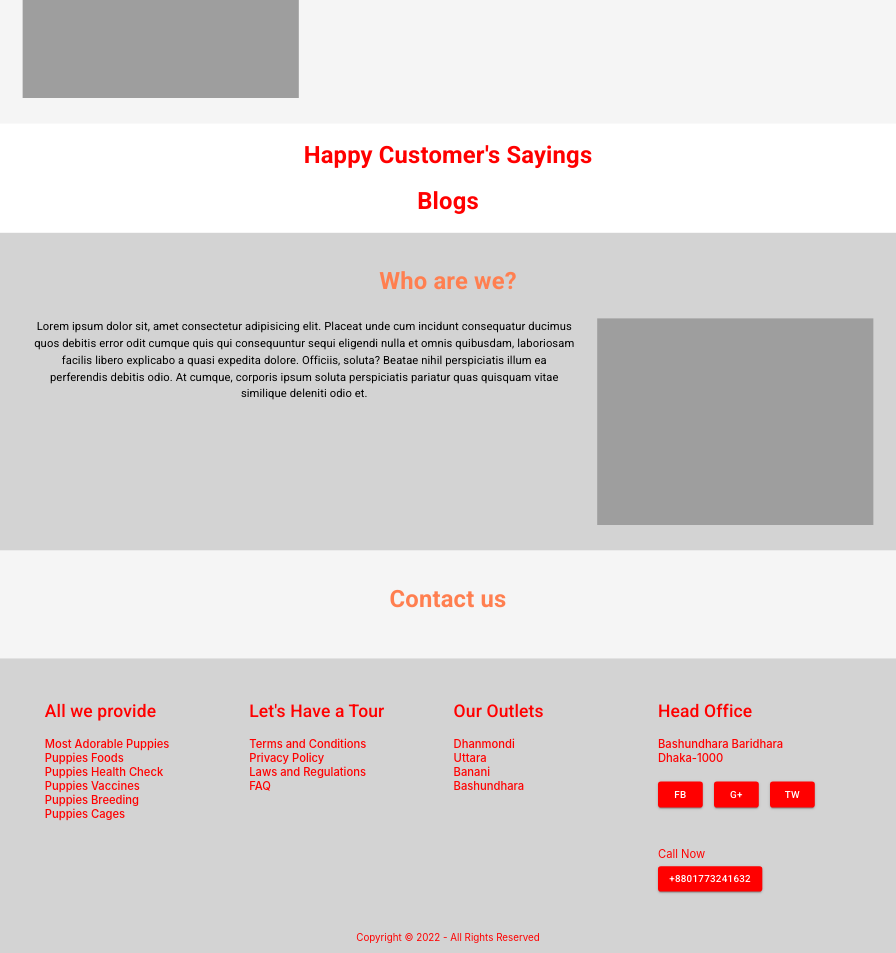
Repository: Sharif-00112/dogos-paradise-client
Page: /
The author's editor kept a copy of each file at every save. The page is drawn from the files as they stood at one save, then again after the next save.
The browser window is 1280 px wide. The pictures show the part of the page from y = 1442 to 3362 px (the page is 2804 px tall before and 3362 px after), at 70% of full size.
Pictures or frames that could not be fetched are drawn as grey boxes. The page's requests for data from a server got no answer. The project was rebuilt for these pictures with package versions that can differ from the ones it lists, and the page was loaded fresh each time. No one was signed in, and anything a server would have sent is missing. Also part of the build but not shown: src/Pages/Home/Dog/Dog.js, src/Pages/Login/Login/Login.js, src/Pages/Login/Register/Register.js, src/Pages/NotFound/NotFound.js.

Above is the page before, as saved 2022-12-05 22:41:43.

After the next save:
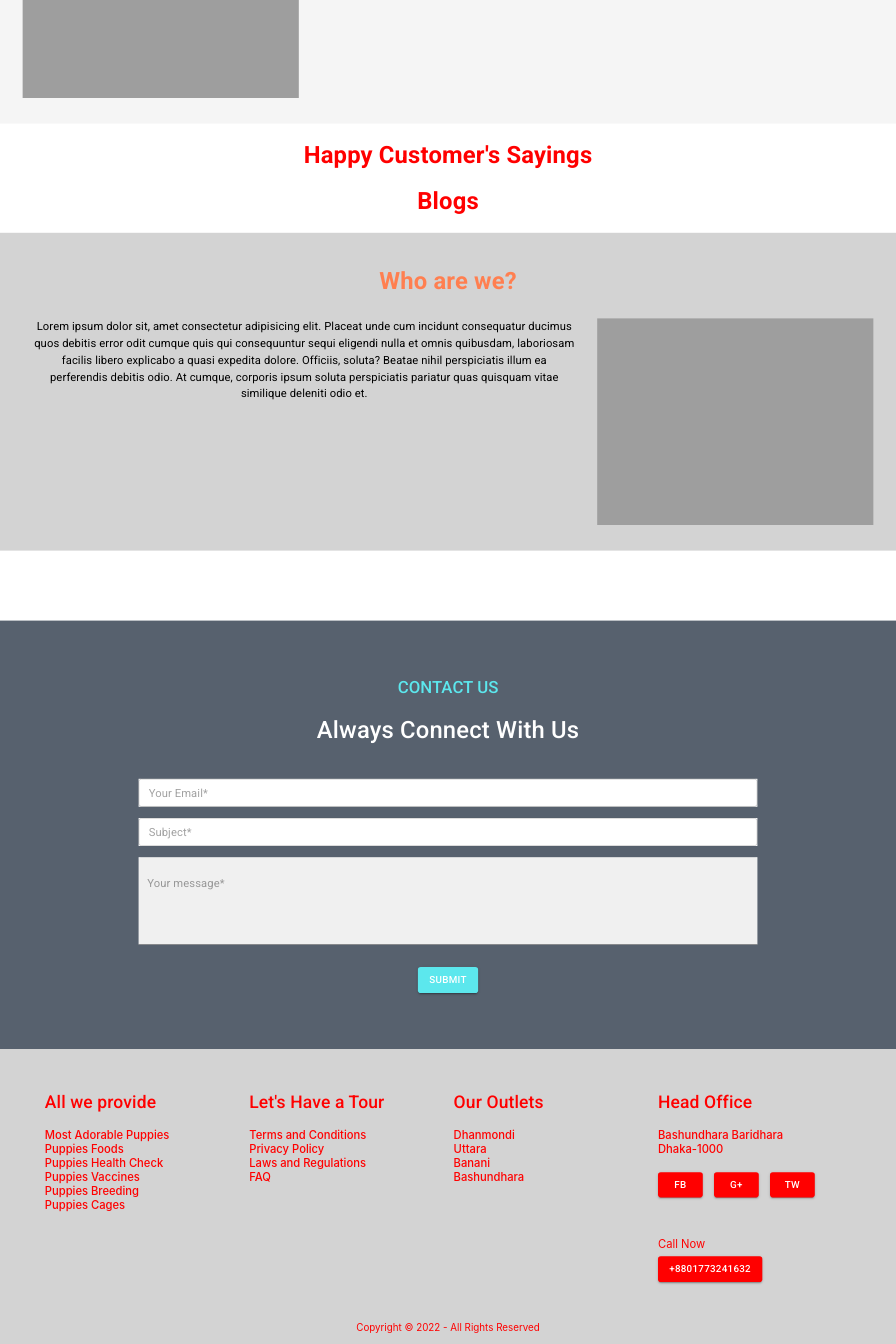
Saved 5 min 21 s later.
--- a/src/Pages/Home/Contact/Contact.js
+++ b/src/Pages/Home/Contact/Contact.js
@@ -1,18 +1,81 @@
+import { Container } from '@mui/system';
 import React from 'react';
-import { Typography } from '@mui/material';
-import Box from '@mui/material/Box';
-import Grid from '@mui/material/Unstable_Grid2';
+import Typography from '@mui/material/Typography';
+import {Button} from '@mui/material';
+import TextField from '@mui/material/TextField';
+
+
+
+const appointmentBanner = {
+    background: 'https://i.ibb.co/hXGz3qW/dog-group.jpg',
+    marginTop: 100,
+    backgroundColor: 'rgba(45, 58, 74, 0.8)',
+    backgroundBlendMode: 'darken, luminosity'
+}
 
 const Contact = () => {
+    const handleContactSubmit = e =>{
+        e.preventDefault();
+
+        //collect form data
+
+
+        //send data to the server and database
+
+
+        alert('Submitted Successfully!');
+    }
+
     return (
-        <Box sx={{backgroundColor:"whitesmoke", p:4}}>
-        <Typography sx={{ mt: 2, mb:4, color: 'coral', fontWeight: 600 }} variant="h4" component="div">
-            Contact us
-        </Typography>
-        <Box sx={{  }}>
+        <div style={appointmentBanner}>
+            {/* <h2>Contact us</h2> */}
+            <Container sx={{py: 10}}>
+                <Typography sx={{ pb: 3, fontWeight: 500 }} style={{color: '#5CE7ED'}} variant="h5" component="div">
+                    CONTACT US
+                </Typography>
+                <Typography sx={{ pb: 5, fontWeight: 500 }} style={{color: 'white'}} variant="h4" component="div">
+                    Always Connect With Us
+                </Typography>
 
-        </Box>
-    </Box>
+                <Container>
+                    <form onSubmit={handleContactSubmit}>
+                        <TextField
+                            style={{backgroundColor: 'white'}}
+                            required
+                            sx={{width: "80%", m:1 }}
+                            id="outlined-size-small"
+                            placeholder='Your Email*'
+                            // defaultValue='Your Email'
+                            size="small"
+                            />
+                        <TextField
+                            style={{backgroundColor: 'white'}}
+                            required
+                            sx={{width: "80%", m:1 }}
+                            id="outlined-size-small"
+                            placeholder='Subject*'
+                            // defaultValue='Subject'
+                            size="small"
+                            />
+                        <TextField
+                            style={{backgroundColor: 'white'}}
+                            required
+                            sx={{width: "80%", m:1 }}
+                            id="filled-multiline-static"
+                            // label="Multiline"
+                            multiline
+                            rows={4}
+                            placeholder='Your message*'
+                            // defaultValue="Your message"
+                            variant="filled"
+                            />
+                            <br />
+                        <Button type='submit' sx={{mt:3}} variant="contained" style={{backgroundColor: '#5CE7ED'}}>Submit</Button>
+                    </form>
+                </Container>
+
+            </Container>
+        </div>
     );
 };
 
